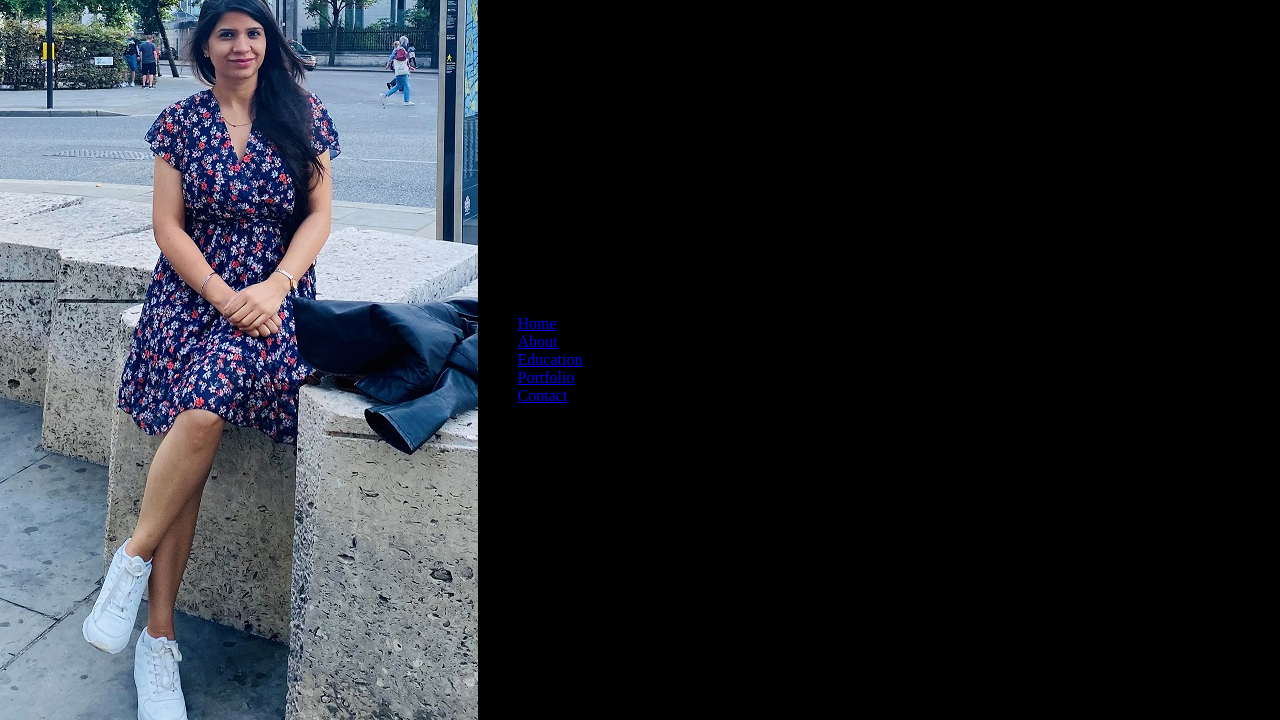
Repository: priyanka-bishnoi/PortfolioPage
Page: MyPage.html
An editor plug-in stored every save of this project. The page is shown before and after the next save, followed by the edit.
The browser window is 1280 px wide. The pictures show the whole page.

Above is the page before, as saved 2022-10-07 00:21:06.

### MyPage.html
<!DOCTYPE html>
<html>
<head>
    <link rel="stylesheet" href="css/style.css">
<style>
body {
  background-color: black;
}
</style>
</head>
<body>
<header>
    <div class= "user">
        <img src="Background.jpg"/>
        <h1 class="name" style="color:aqua">Priyanka Bishnoi</h1>
        <p class="post" style="color:aqua">Salesforce Consultant</p>
    </div>

    <nav class="navBar">
        <ul>
            <li> <a href="#home">Home</a></li>
            <li> <a href="#about">About</a></li>
            <li> <a href="#education">Education</a></li>
            <li> <a href="#portfolio">Portfolio</a></li>
            <li> <a href="#contact">Contact</a></li>

        </ul>


    </nav>


</header>
</body>
</html>

### css/style.css
header {
    position:fixed;
    top:0; left:0;
    z-index:1000;
    height:100%;
    width:35rem;
    background:black;
    display:flex;
    align-items:center;
    justify-content: center;
}
body{
    background: #111;
}

After the next save:
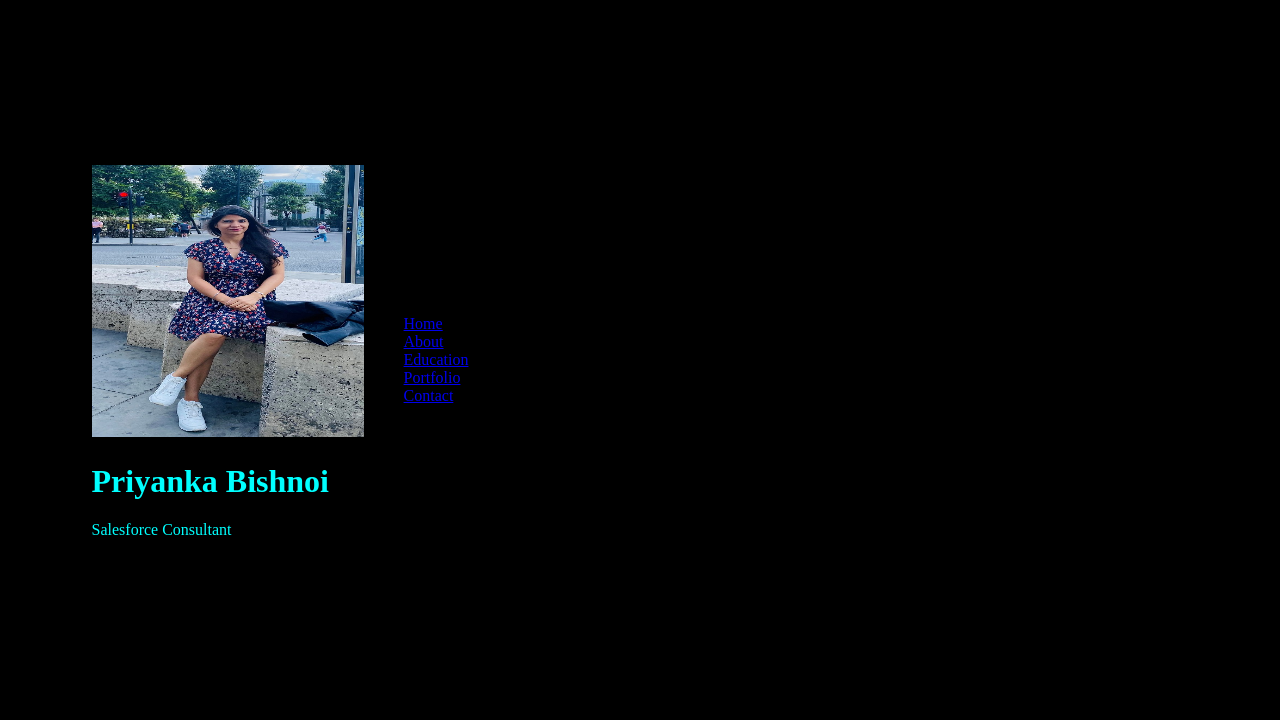
Saved 45 s later.
--- a/css/style.css
+++ b/css/style.css
@@ -12,3 +12,7 @@ header {
 body{
     background: #111;
 }
+header .user img{
+    height:17rem;
+    width:17rem;
+}
